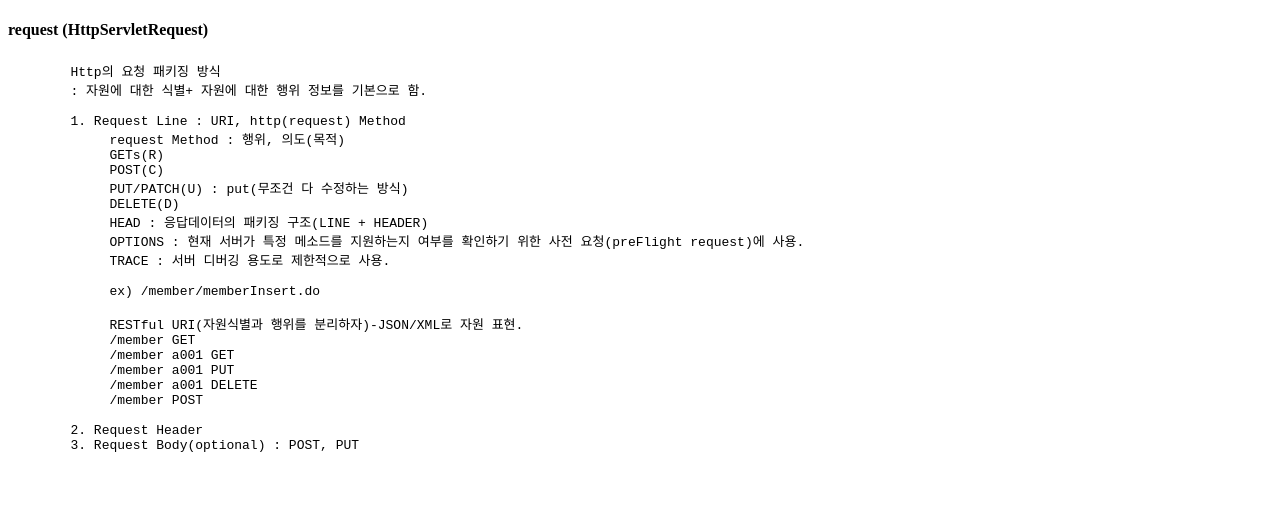
Repository: YOUNARAE/JSP
Page: http://localhost/WebStudy01/03/requestDesc.jsp
An editor plug-in stored every save of this project. The page is shown before and after the next save, followed by the edit.
The browser window is 1280 px wide. The pictures show the whole page.
The page is served by Tomcat 9. Other server files are loaded and not shown.

Above is the page before, as saved 2022-12-07 05:57:16.

### WebStudy01/src/main/webapp/03/requestDesc.jsp
<%@ page language="java" contentType="text/html; charset=UTF-8"
    pageEncoding="UTF-8"%>
<!DOCTYPE html>
<html>
<head>
<meta charset="UTF-8">
<title>>03/requestDesc.jsp</title>
</head>
<body>
<h4>request (HttpServletRequest)</h4>
<form method="post"></form>
<pre>
	Http의 요청 패키징 방식
	: 자원에 대한 식별+ 자원에 대한 행위 정보를 기본으로 함.

	1. Request Line : URI, http(request) Method
	     request Method : 행위, 의도(목적)
	     GETs(R)
	     POST(C)
	     PUT/PATCH(U) : put(무조건 다 수정하는 방식)
	     DELETE(D)
	     HEAD : 응답데이터의 패키징 구조(LINE + HEADER)
	     OPTIONS : 현재 서버가 특정 메소드를 지원하는지 여부를 확인하기 위한 사전 요청(preFlight request)에 사용.
	     TRACE : 서버 디버깅 용도로 제한적으로 사용.

	     ex) /member/memberInsert.do

	     RESTful URI(자원식별과 행위를 분리하자)-JSON/XML로 자원 표현.
	     /member GET
	     /member a001 GET
	     /member a001 PUT
	     /member a001 DELETE
	     /member POST
	     <%
	     	String URI = request.getRequestURI();
	     	StringBuffer URL = request.getRequestURL();

	     %>
	2. Request Header
	3. Request Body(optional) : POST, PUT

</pre>
</body>
</html>

After the next save:
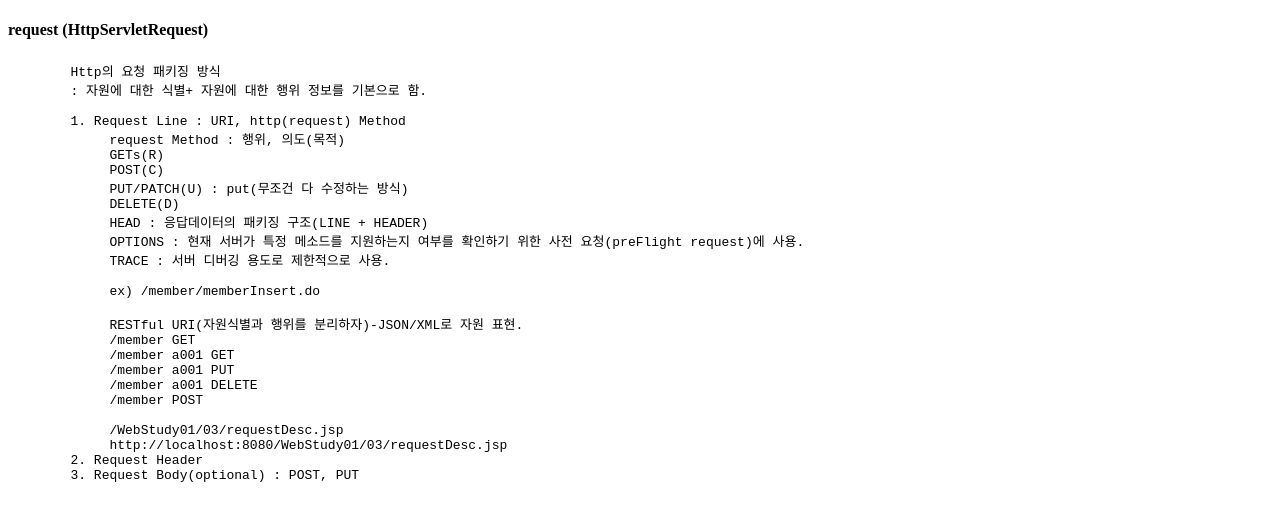
Saved 30 s later.
--- a/WebStudy01/src/main/webapp/03/requestDesc.jsp
+++ b/WebStudy01/src/main/webapp/03/requestDesc.jsp
@@ -32,10 +32,12 @@
 	     /member a001 DELETE
 	     /member POST
 	     <%
-	     	String URI = request.getRequestURI();
-	     	StringBuffer URL = request.getRequestURL();
+	     	String requestURI = request.getRequestURI();
+	     	StringBuffer requestURL = request.getRequestURL();
 
 	     %>
+	     <%=requestURI %>
+	     <%=requestURL %>
 	2. Request Header
 	3. Request Body(optional) : POST, PUT
 
